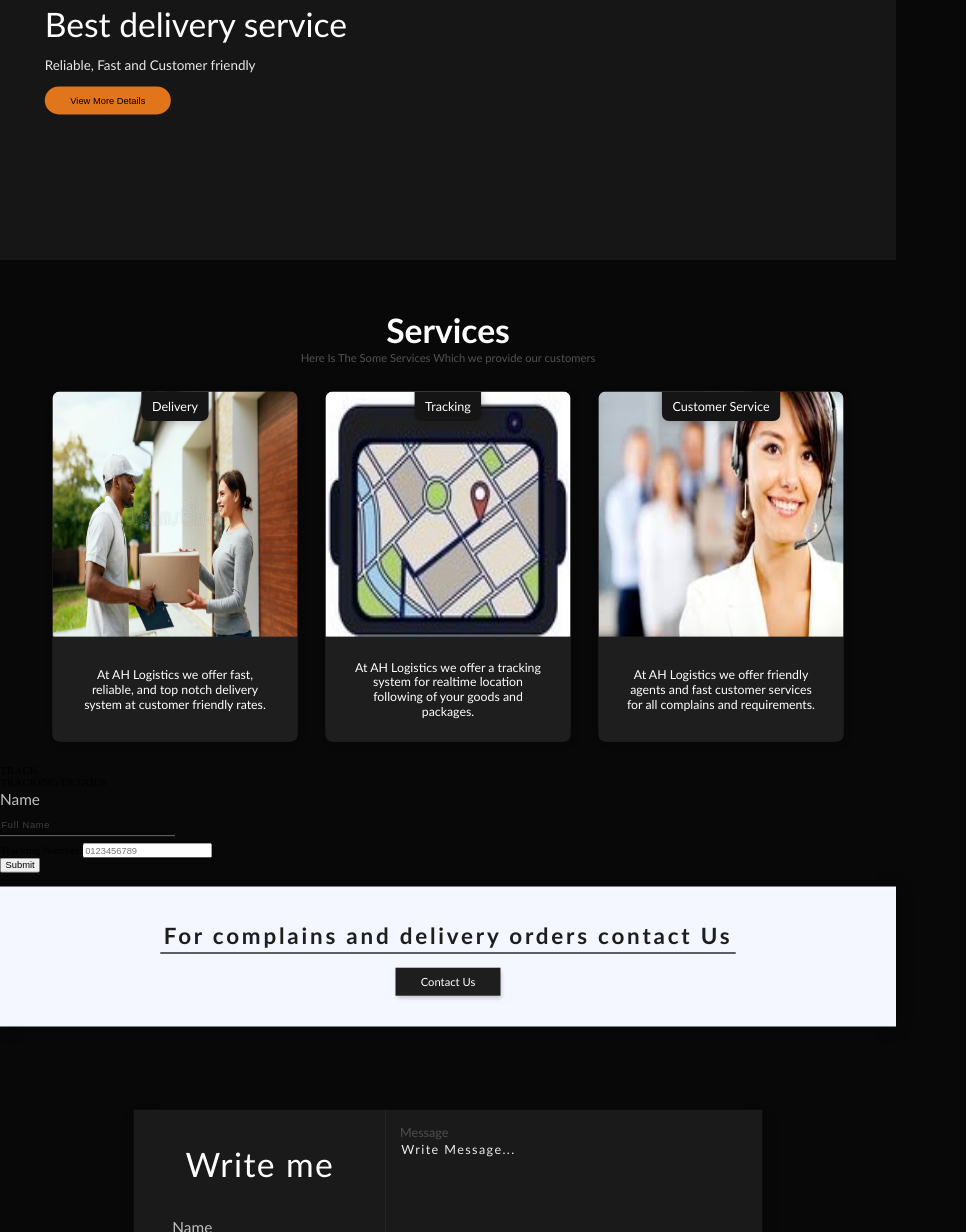
Repository: TheSecretlifeOfX/Ah-Logistics
Page: index.html
The author's editor kept a copy of each file at every save. The page is drawn from the files as they stood at one save, then again after the next save.
The browser window is 1280 px wide. The page is 1380 px wide, so the pictures cover 1380 px, including what lies to the right of the window. The pictures show the part of the page from y = 1128 to 2888 px (the page is 3263 px tall before and 2519 px after), at 70% of full size.

Above is the page before, as saved 2022-03-01 22:38:02.

### index.html
<html>
<head>
<meta charset="utf-8">
<meta http-equiv="X-UA-Compatible" content="IE-edge">
<meta name="viewport" content="width=device-width, intial-scale=1.0">
<title>Logistics Website</title>
<link rel="stylesheet" href="./css/home.css">
</head>
<body>
<section id="main">
	<nav>
	<a href="#" class="logo"><img src="images/logo.jpg"></a>
	<div class="toggle"></div>
	<ul class="menu">
	<li class="active"><a href="#main" >Home</a></li>
	<li><a href="#about">About</a></li>
	<li><a href="#services">Services</a></li>
	<li><a href="#Tracking-Form">Track</a></li>
    <li><a href="#contact-form">Contact</a></li>
	</ul>
	<a href="#" class="lang">En</a>
	</nav>
    </section>
</div>
<div class="black-line" ></div>
<section id="about">
	<div class="about-text">
	<h1>About Us</h1>
	<h2>Best delivery service</h2>
	<p>Reliable, Fast and Customer friendly</p>
	<button>View More Details</button>
	</div>
</section>
<section id="services">
<div class="s-heading">
<h1>Services</h1>
<p>Here Is The Some Services Which we provide our customers</p>
</div>
<div class="b-container">
<div class="s-box">
<div class="s-b-img">
    <div class="s-type">Delivery</div>
    <img src="images/delivery.jpg">
</div>
<div class="s-b-text">
<a href="#">At AH Logistics we offer fast, reliable, and top notch delivery system at customer friendly rates.</a>
</div>
</div>
<div class="s-box">
<div class="s-b-img">
    <div class="s-type">Tracking</div>
    <img src="images/track.jpg">
</div>
<div class="s-b-text">
<a href="#">At AH Logistics we offer a tracking system for realtime location following of your goods and packages.</a>
</div>
</div>
<div class="s-box">
<div class="s-b-img">
    <div class="s-type">Customer Service</div>
    <img src="images/customer.jpg">
</div>
<div class="s-b-text">
<a href="#">At AH Logistics we offer friendly agents and fast customer services for all complains and requirements.</a>
</div>
</div>
</div>
</div>
</section>
<section id="Tracking-Form">
	<form>
    <!--track left....-->
    <div class="track-left"
    <h1 class="T-1-heading">TRACK</h1>
    <div class="T-name">TRACKING DETAILS
    </div>
</div>
<div class="f-name">
    <font >Name</font>
    <input type="text" placeholder="Full Name"/>
    </div>
<div class="T-number">
<font >Tracking Number</font>
<input type="Tracking Number" placeholder="0123456789"/>
</div>
<button>Submit</button>
    </form>
	</div>
	</div>
<section id="contact-btn">
<h1 class="c-b-heading">For complains and delivery orders contact Us</h1>
    <button >Contact Us</button>
</section>
<!--contact-form------------------->
<section id="contact-form">
<form>
<!--left--------------------------------------->
<div class="contact-left">
<h1 class="c-l-heading">Write me</h1>
<div class="f-name">
<font >Name</font>
<input type="text" placeholder="Full Name"/>
</div>
<div class="f-email">
<font >Email</font>
<input type="email" placeholder="Example@gmail.com"/>
</div>
</div>
<div class="contact-right">

<div class="message">
<font >Message</font>
<textarea name="message" rows="5" cols="20" placeholder="Write Message..."></textarea>
<button>Submit</button>
</div>
</form>
</section>
</body>
</html>

### css/home.css
/*body{
    background-color:gray;
}*/
body{
margin:0px;
padding:0px;
/*background-image:url("../images/AhLogic.jpg");*/
background-position: 60%;
background-color: #080808;
background-size: 80%;
min-height: 100vh;
}
ul{
list-style:none;
}
a{
text-decoration:none;
}
#main{
padding:30px 50px;
position:relative;
width:100%;
height: 100vh;
/*box-sizing: border-box;
/*background-size: 1330px;
background-position: right bottom;
background-repeat: no-repeat;
background-image: url("../images/AhLogic.jpg");
background-color: #edf1fd;*/
}
nav{
display:flex;
justify-content: space-between;
align-items: center;
text-transform: uppercase;
font-weight: 600;
letter-spacing: 2px;
font-family: calibri;
top: 0;
left: 10px;
width:100%;
box-sizing: border-box;
padding: 5px 60px;
background-color:#e0751c;
box-shadow:2px 2px 12px rgba(0,0,0,0.05);
z-index: 1;
border-radius: 50px;
}
.menu{
display: flex;
}
.menu li a{
padding: 10px 25px;
color:#f8f8fa;
font-size: 12px;

}
.lang{
color:#f3ecec;
}
.logo > img {
    width: 100%;
    height: 100%;
    max-width: 150px;
    display: flex;
    justify-content: center;
    align-items: center;
    text-align: center;
    margin-left: 0px;
    border-radius: 5px;
     }
.toggle{
display: none;
}
.active a,
.menu li a:hover{
background-color:#292929;
color:#FFF!important;
font-weight: bold;
transition: all ease 0.4s;
}
.black-line {
    align-self: end;
    width: 50%;
    height: 15%;
    margin-bottom: 4em;
    position: absolute;
      bottom:0px;
      left: -3%;
      border-right: 1px solid  rgba(41,41,41,0.30);
  }

  .black-line::after{
    content: ' ';
    position: absolute;
    width: 0;
    height: 0;
    border-style: solid;
    border-width: 11px 11px 0 11px;
   border-color:  #292929 transparent transparent transparent;
    right: -.7em;
    bottom: -2px;
  }
  #about{
	width:100%;
	height: 100vh;
	background-color:#161616;
	box-sizing: border-box;
	display: flex;
	align-items: center;
	justify-content: space-between;
	padding: 50px 5% 0px 5%;
	position: relative;
}
.about-text{
	font-family: calibri;
	width: 50%;
}
.about-text h1{
	font-size: 5rem;
	color:#e0751c;
}
.about-text h2{
	font-size: 3rem;
	color:#FFFFFF;
	font-weight: 400;
}
.about-text h1,h2{
	margin: 0px;
	padding: 0px;
}
.about-text p{
	font-size: 1.2rem;
	color:rgba(255,255,255,0.90);

}
.about-text button{
	width: 180px;
	height: 40px;
	border-radius: 20px;
	border: none;
	outline: none;
	background-color:#e0751c;
}
.about-text button:hover{
	background-color: #FFFFFF;
	transition: all ease 0.3s;
}
#services{
    width:100%;
height:100vh;
box-sizing: border-box;
font-family: calibri;
display: flex;
flex-direction: column;
align-items: center;
justify-content: center;
padding-top: 40px ;
}
.s-heading p{
font-size: 1.2rem;
	color:rgba(255,255,255,0.90);
}

#portfolio{
	width:100%;
	box-sizing: border-box;
	font-family: calibri;
	display: flex;
	flex-direction: column;
	align-items: center;
	justify-content: center;
	padding: 60px 2% 20px 2%;
}

.p-headind{
	font-family: calibri;
	font-size: 1.7rem;
	text-align: center;
	color:#FFFFFF;
	font-weight: 400;
	padding: 10px 20px;
	background-color: #292929;
	letter-spacing: 2px;
	border-radius: 3px;
	box-shadow: 2px 2px 20px rgba(0,0,0,0.1);

}
.p-box{

	background-color: #1F1F1F;
	overflow: hidden;
	border-radius: 10px;
	box-shadow: 2px 2px 13px rgba(0,0,0,0.3);
	position: relative;

}

.s-heading h1{
color:#FFFFFF;
font-size: 3rem;
margin: 0px;
padding: 0px;

}
.s-heading p{
color:rgba(255,255,255,0.30);
font-size: 1rem;
margin: 0px;
padding: 0px;
}
.s-heading{
text-align: center;
margin: 20px 0px;
}
.s-box{
background-color: #2B2B2B;
width:350px;
height: 500px;
margin: 20px;
border-radius: 10px;
overflow: hidden;
box-shadow: 2px 2px 12px rgba(0,0,0,0.1);
position: relative;
}
.b-container{
display: flex;
justify-content: center;
align-content: center;


}
.s-b-img{
width: 100%;
height: 70%;

}
.s-b-img img{
width:100%;
height: 100%;

}
.s-b-text{
width: 100%;
height: 30%;
background-color:#1E1E1E;
display:flex;
justify-content: center;
align-items: center;
text-align: center;
}
.s-b-text a{
margin: 0px;
color:#FFFFFF;
font-size: 1.1rem;
font-family: calibri;
display: block;
display: -webkit-box;
max-width: 80%;
-webkit-line-clamp: 4;
-webkit-box-orient: vertical;
overflow: hidden;
text-overflow: ellipsis;
}
.s-b-text a:hover{
color:rgba(255,255,255,0.50)
}
.s-type{
font-family: calibri;
color:#FFFFFF;
background-color: #151515;
padding: 10px 15px;
position: absolute;
top: 0px;
left: 50%;
transform: translateX(-50%);
font-size: 18px;
border-radius: 0px 0px 10px 10px;
box-shadow: 2px 2px 12px rgba(0,0,0,0.2);
}
.s-box:hover{
transform:translateY(-10px);
transition: all ease 0.3s;
}
#contact-btn{
	width: 100%;
	display: flex;
	flex-direction: column;
	justify-content:center;
	align-items: center;
	height: 200px;
	background-color: #F4F7FF;
	margin: 20px 0px;
	box-sizing: border-box;
	box-shadow:2px 0px 20px rgba(0,0,0,0.4);
}
.c-b-heading{
	font-size: 2rem;
	color:#1E1E1E;
	font-family: calibri;
	margin: 10px;
	padding: 5px;
	letter-spacing: 4px;
	border-bottom: 2px solid #1E1E1E;

}
#contact-btn button{
	color:#FFFFFF;
	font-size: 1rem;
	font-family: calibri;
	width:150px;
	height: 40px;
	margin: 10px;
	background-color: #1E1E1E;
	border: none;
	outline: none;
	box-shadow: 2px 5px 6px rgba(0,0,0,0.2);
}
#contact-btn button:hover{
	background-color: #17d1ac;
	color:#000000;
	transition: all ease 0.5s;
	font-weight: bold;
}
#contact-form{
	width: 100%;
	height: 90vh;
	display: flex;
	justify-content: center;
	align-items: center;

}
#contact-form form{
	display: flex;
	width: 70%;
	height: 60vh;
	background-color: #1A1A1A;
	box-shadow: 2px 12px 20px rgba(0,0,0,0.2);
	border: 1px solid rgba(255,255,255,0.01)
}

.contact-left{
	width: 40%;
	height: 100%;
	display: flex;
	flex-direction: column;
	align-items: center;
}
.contact-right{
	width: 60%;
	height: 100%;
	box-sizing: border-box;
	display: flex;
	flex-direction: column;
	justify-content: space-between;
	border-left: 1px solid rgba(255,255,255,0.08);
}
.contact-right button{
	width: 100%;
	height: 50px;
	background-color: #e0751c;
	font-weight: bold;
	outline: none;
	border: none;
	margin: 0px;
	color:#1B1B1B;
	font-size: 14px;
	text-transform: uppercase;
	letter-spacing: 2px;

}
.c-l-heading{
	font-family: calibri;
	color:#FFFFFF;
	font-size: 3rem;
	letter-spacing: 2px;
	font-weight: 400;

}
.f-name,.f-email{
	display: flex;
	flex-direction: column;
	font-family: calibri;

}
.f-name font,.f-email font{
	color:#BFBFBF;
	font-size: 22px;
}
.f-name input,.f-email input{
	height: 30px;
	width:250px;
	border: none;
	outline: none;
	background-color:transparent;
	border-bottom: 1px solid #929292;
	color:#FFFFFF;
	margin: 10px 0px;
}
.f-email input::placeholder,
.f-name input::placeholder{
	opacity: 0.5;
	letter-spacing: 1px;
}
.f-email input:focus,
.f-name input:focus{
	border-bottom: 1px solid #0d0e0d;
	transition: all ease 0.5s;
}.message font{
	font-size: 18px;
	color:#4E4E4E;
	font-family: calibri;

}
.message{
	margin: 20px;
}
.contact-right textarea{
	width: 100% !important;
	height: 320px !important;
	border: none;
	outline: none;
	background-color:transparent;
	box-sizing: border-box;
	color:#EBEBEB;
	font-size: 16px;
}
.contact-right textarea::placeholder{
	color:#EBEBEB;
	font-size: 18px;
	letter-spacing: 2px;
	font-family: calibri;
}
.contact-right button:active{
	transform: scale(1.04);
	transition: all ease 0.1s;
}
.message button{
	width: 180px;
	height: 40px;
	border-radius: 20px;
	border: none;
	outline: none;
	background-color:#17d1ac;
}
  .message button:hover{
    background-color: #d8d8e4;
    transition: all ease 0.3s;
  }

After the next save:
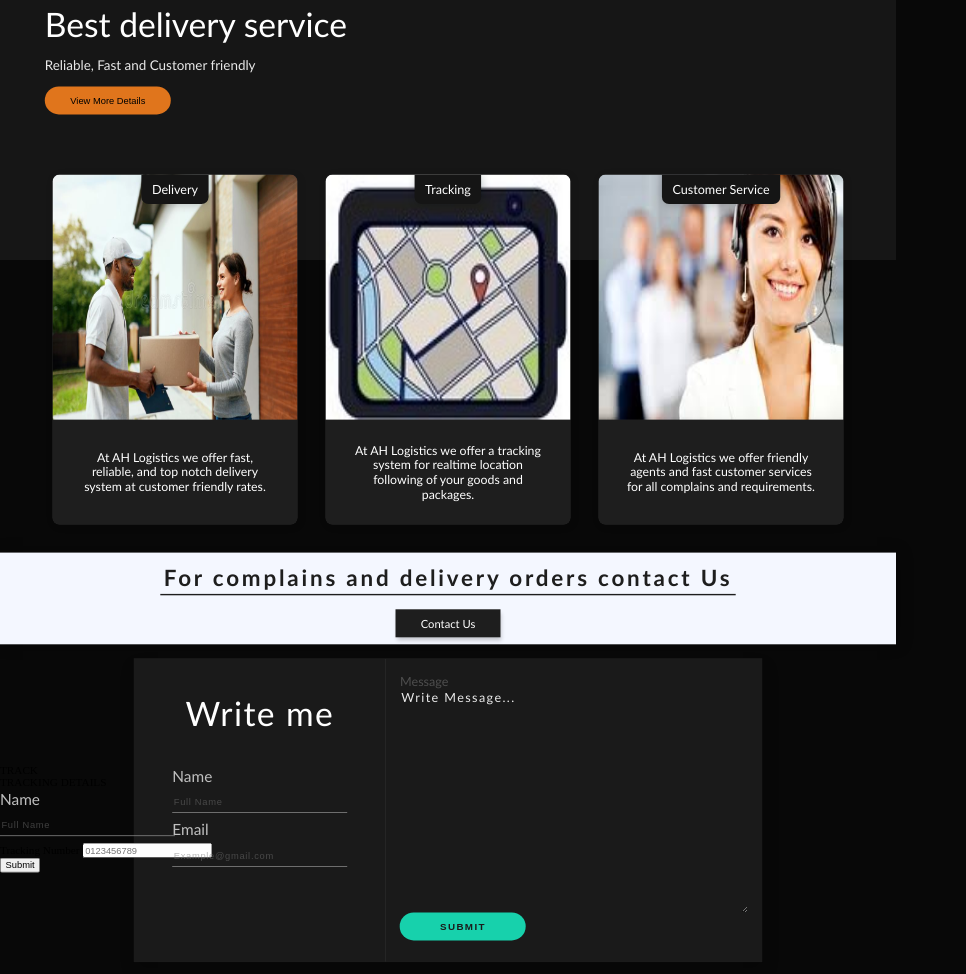
Saved 14 h 31 min later.
--- a/index.html
+++ b/index.html
@@ -66,27 +66,6 @@
 </div>
 </div>
 </div>
-</section>
-<section id="Tracking-Form">
-	<form>
-    <!--track left....-->
-    <div class="track-left"
-    <h1 class="T-1-heading">TRACK</h1>
-    <div class="T-name">TRACKING DETAILS
-    </div>
-</div>
-<div class="f-name">
-    <font >Name</font>
-    <input type="text" placeholder="Full Name"/>
-    </div>
-<div class="T-number">
-<font >Tracking Number</font>
-<input type="Tracking Number" placeholder="0123456789"/>
-</div>
-<button>Submit</button>
-    </form>
-	</div>
-	</div>
 <section id="contact-btn">
 <h1 class="c-b-heading">For complains and delivery orders contact Us</h1>
     <button >Contact Us</button>
@@ -115,5 +94,26 @@
 </div>
 </form>
 </section>
+</section>
+<section id="Tracking-Form">
+	<form>
+    <!--track left....-->
+    <div class="track-left"
+    <h1 class="T-1-heading">TRACK</h1>
+    <div class="T-name">TRACKING DETAILS
+    </div>
+</div>
+<div class="f-name">
+    <font >Name</font>
+    <input type="text" placeholder="Full Name"/>
+    </div>
+<div class="T-number">
+<font >Tracking Number</font>
+<input type="Tracking Number" placeholder="0123456789"/>
+</div>
+<button>Submit</button>
+    </form>
+	</div>
+	</div>
 </body>
 </html>
